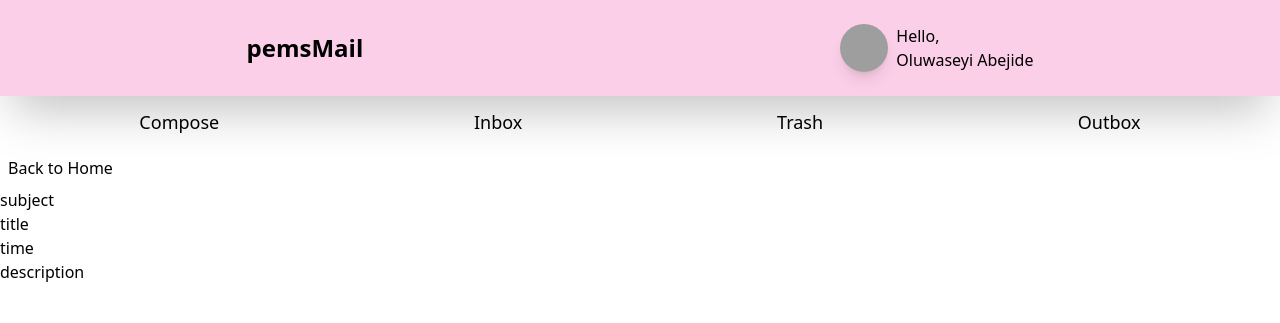
Repository: Semanmernstack/mailclone
Page: /mail
The author's editor kept a copy of each file at every save. The page is drawn from the files as they stood at one save, then again after the next save.
The browser window is 1280 px wide. The pictures show the whole page.
Pictures or frames that could not be fetched are drawn as grey boxes. The project was rebuilt for these pictures with package versions that can differ from the ones it lists, and the page was loaded fresh each time. Also part of the build but not shown: src/features/counter/Counter.module.css, src/features/counter/Counter.js, src/OpenRow.js, src/Open.js.

Above is the page before, as saved 2023-01-16 03:08:57.

### src/App.js
import React from 'react';

import { Counter } from './features/counter/Counter';
import Header from './Header';
import {
  BrowserRouter,
  Routes,
  Route,
} from "react-router-dom";
import Open from './Open';
import Topbar from './Topbar';
import Mail from './Mail';


function App() {
  return (
    <div className="App">

      <BrowserRouter>

        <Header/>
        <Topbar/>
        <Routes>
        <Route exact path="mail" element={<Mail/>} />
          <Route exact path="/" element={<Open/>} />
        </Routes>
      </BrowserRouter>
    </div>
  );
}

export default App;

### src/features/counter/counterSlice.js
import { createAsyncThunk, createSlice } from '@reduxjs/toolkit';
import { fetchCount } from './counterAPI';

const initialState = {
  value: 0,
  status: 'idle',
};

// The function below is called a thunk and allows us to perform async logic. It
// can be dispatched like a regular action: `dispatch(incrementAsync(10))`. This
// will call the thunk with the `dispatch` function as the first argument. Async
// code can then be executed and other actions can be dispatched. Thunks are
// typically used to make async requests.
export const incrementAsync = createAsyncThunk(
  'counter/fetchCount',
  async (amount) => {
    const response = await fetchCount(amount);
    // The value we return becomes the `fulfilled` action payload
    return response.data;
  }
);

export const counterSlice = createSlice({
  name: 'counter',
  initialState,
  // The `reducers` field lets us define reducers and generate associated actions
  reducers: {
    increment: (state) => {
      // Redux Toolkit allows us to write "mutating" logic in reducers. It
      // doesn't actually mutate the state because it uses the Immer library,
      // which detects changes to a "draft state" and produces a brand new
      // immutable state based off those changes
      state.value += 1;
    },
    decrement: (state) => {
      state.value -= 1;
    },
    // Use the PayloadAction type to declare the contents of `action.payload`
    incrementByAmount: (state, action) => {
      state.value += action.payload;
    },
  },
  // The `extraReducers` field lets the slice handle actions defined elsewhere,
  // including actions generated by createAsyncThunk or in other slices.
  extraReducers: (builder) => {
    builder
      .addCase(incrementAsync.pending, (state) => {
        state.status = 'loading';
      })
      .addCase(incrementAsync.fulfilled, (state, action) => {
        state.status = 'idle';
        state.value += action.payload;
      });
  },
});

export const { increment, decrement, incrementByAmount } = counterSlice.actions;

// The function below is called a selector and allows us to select a value from
// the state. Selectors can also be defined inline where they're used instead of
// in the slice file. For example: `useSelector((state: RootState) => state.counter.value)`
export const selectCount = (state) => state.counter.value;

// We can also write thunks by hand, which may contain both sync and async logic.
// Here's an example of conditionally dispatching actions based on current state.
export const incrementIfOdd = (amount) => (dispatch, getState) => {
  const currentValue = selectCount(getState());
  if (currentValue % 2 === 1) {
    dispatch(incrementByAmount(amount));
  }
};

export default counterSlice.reducer;

### src/Header.js
import React from 'react'

function Header() {
  return (
    <div className="flex items-center justify-around p-2     h-24 bg-pink-200 border-b-pink-800 shadow-2xl">
        <div>
            <h1 className="text-lg md:text-2xl font-semibold">pemsMail</h1>

        </div>
        <div className="flex items-center justify-evenly">

            <img className="h-12 w-12 rounded-full shadow-lg" src="https://cdn.pixabay.com/photo/2022/12/01/12/26/countryside-7629017__340.jpg" alt="pic" />
            <div className="ml-2">
                <p>Hello,</p>
                <p>Oluwaseyi Abejide</p>
            </div>
        </div>
    </div>
  )
}

export default Header

### src/Topbar.js
import React from 'react'

function Topbar() {
  return (
    <div className="flex items-center justify-around text-lg p-3">
        <div className='hover:underline hover:text-red-900 hover:text-2xl'>
            <p>Compose</p>
        </div>
        <div className='hover:underline hover:text-red-900 hover:text-2xl'>
            <p>Inbox</p>
        </div>
        <div className='hover:underline hover:text-red-900 hover:text-2xl'>
            <p>Trash</p>
        </div>
        <div className='hover:underline hover:text-red-900 hover:text-2xl'>
            <p>Outbox</p>
        </div>
    </div>
  )
}

export default Topbar

### src/Mail.js
import React from 'react'

function Mail() {
  return (
    <div className="flex flex-col">
        <div>
            <p className='p-2'>Back to Home</p>
        </div>
        <div>
           <div>
                <p>subject</p>
                <p>title</p>
                <p>time</p>

            </div>
            <div>
                <p>description</p>
            </div>

        </div>
    </div>
  )
}

export default Mail

Loaded but not shown: public/index.html (common file); src/index.js (common file); src/app/store.js (common file); src/reportWebVitals.js (common file); src/index.css (common file); src/features/counter/counterAPI.js (common file); tailwind.config.js (common file)

After the next save:
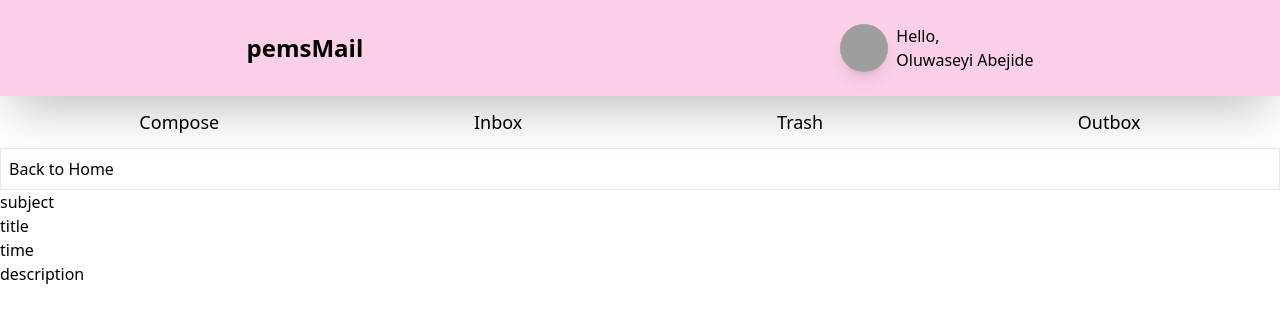
Saved 18 s later.
--- a/src/Mail.js
+++ b/src/Mail.js
@@ -4,7 +4,7 @@
   return (
     <div className="flex flex-col">
         <div>
-            <p className='p-2'>Back to Home</p>
+            <p className='p-2 cursor-pointer border'>Back to Home</p>
         </div>
         <div>
            <div>

After the save that followed:
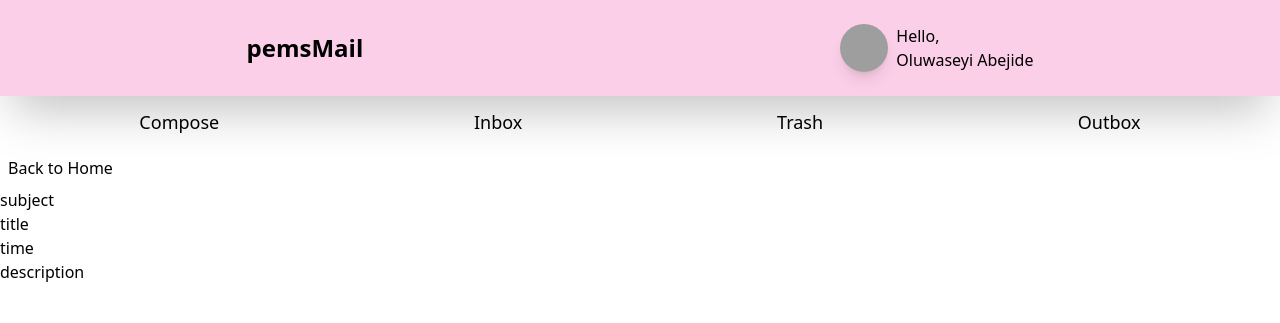
Saved 17 s later.
--- a/src/Mail.js
+++ b/src/Mail.js
@@ -4,7 +4,7 @@
   return (
     <div className="flex flex-col">
         <div>
-            <p className='p-2 cursor-pointer border'>Back to Home</p>
+            <p className='p-2 cursor-pointer '>Back to Home</p>
         </div>
         <div>
            <div>
